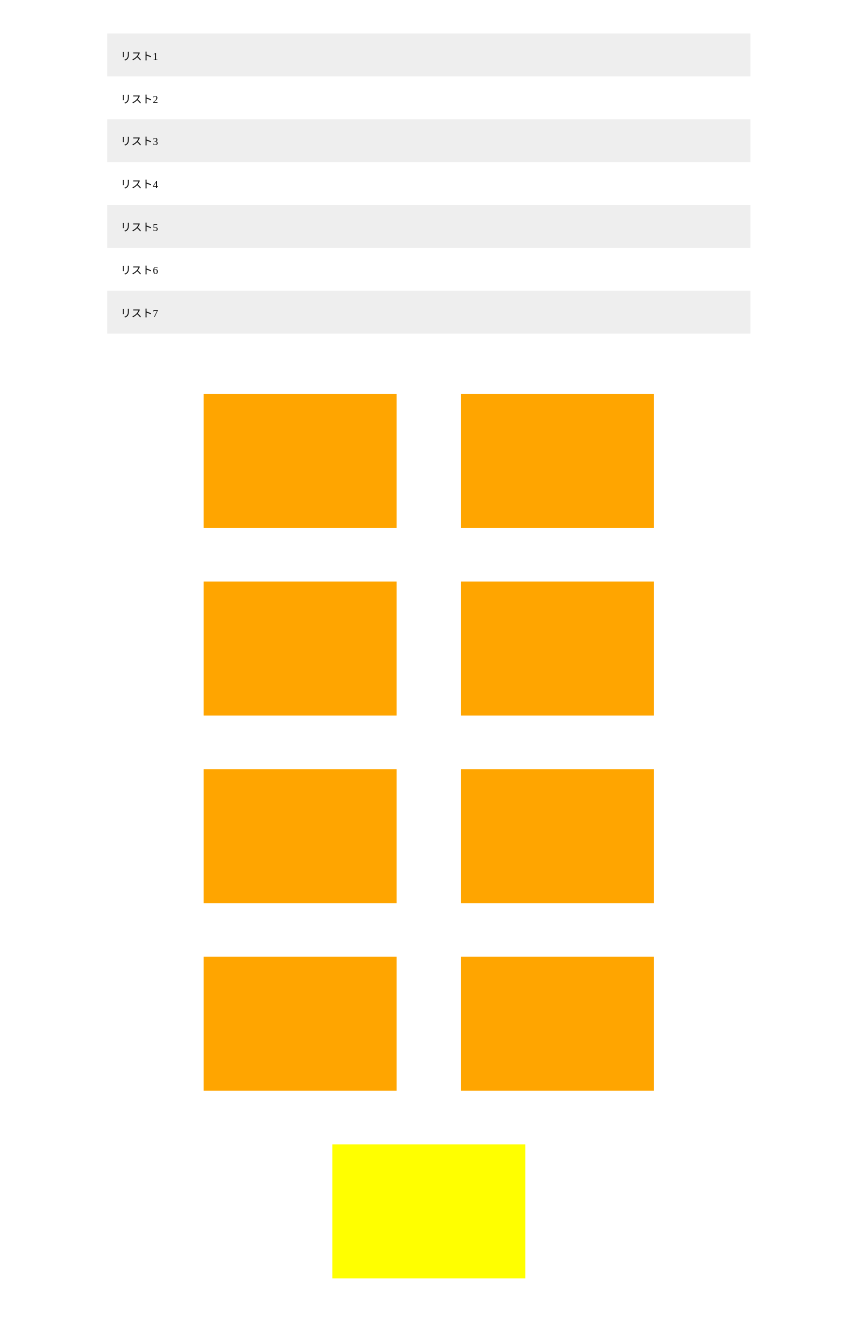
Repository: shizuki-okuma/dmm-webcamp
Page: chapter8-exercise/chapter8-exercise.html
The author's editor kept a record of every edit. The page is drawn from the files as they stood at one moment, then again after the next edit.
The browser window is 1280 px wide. The pictures show the whole page, at 67% of full size.

Above is the page before.

After the next edit:
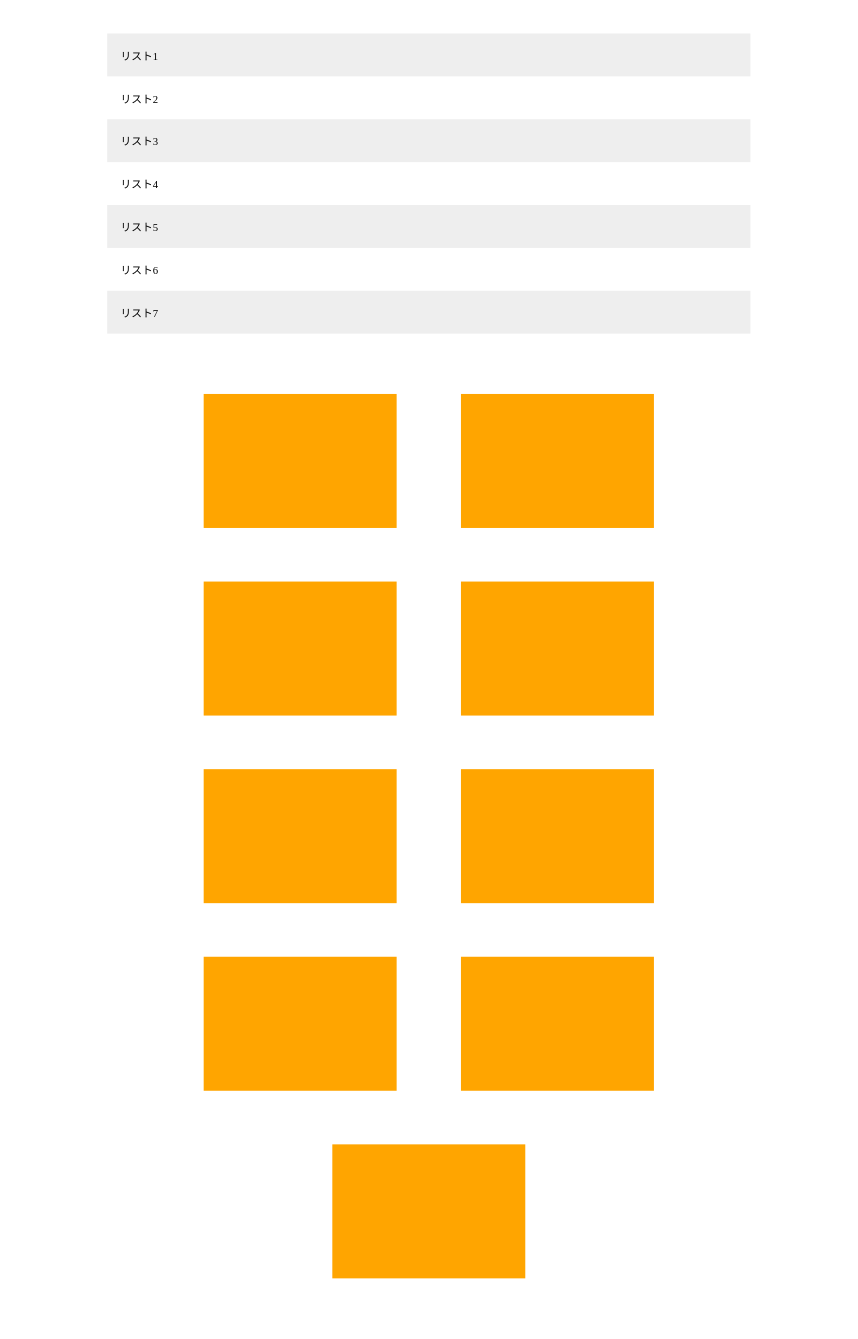
The edit:
--- a/chapter8-exercise/chapter8-exercise.html
+++ b/chapter8-exercise/chapter8-exercise.html
@@ -26,7 +26,7 @@
       <div class="box1"></div>
       <div class="box1"></div>
       <div class="box1"></div>
-      <div class="box2"></div>
+      <div class="box1"></div>
 
     </div>
     </main>
